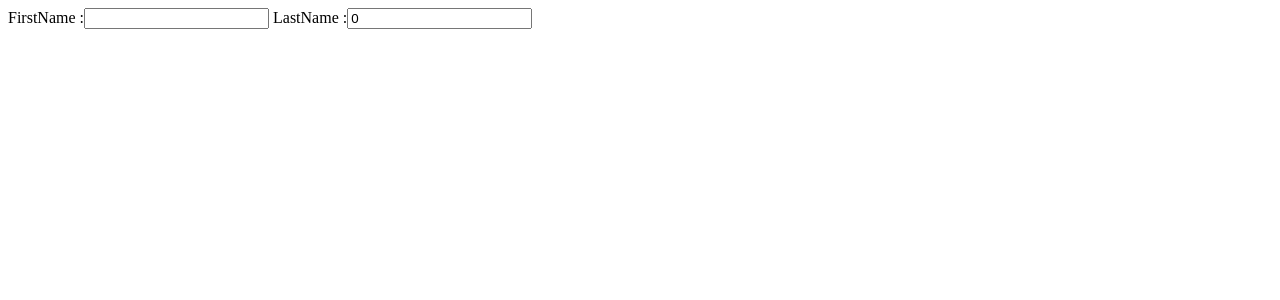
Repository: KrishnaDV/Angular_SPA
Page: Angular/WebContent/Hello.html
The author's editor kept a copy of each file at every save. The page is drawn from the files as they stood at one save, then again after the next save.
The browser window is 1280 px wide. The pictures show the whole page.
Some web libraries are served in a nearby version.

Above is the page before, as saved 2017-05-11 21:24:07.

After the next save:
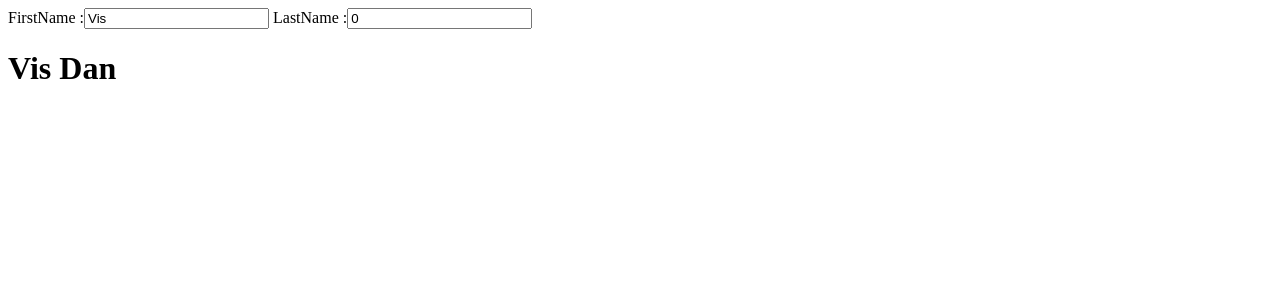
Saved 10 s later.
--- a/Angular/WebContent/Hello.html
+++ b/Angular/WebContent/Hello.html
@@ -7,7 +7,7 @@
 <title>Insert title here</title>
 </head>
 <body ng-app="first" >
-<div ng-controller="FirstController">
+<div ng-controller="SecondController">
 
          FirstName :<input type="text" ng-model="firstname"/>
          LastName :<input type="text" ng-model="last-name"/>
